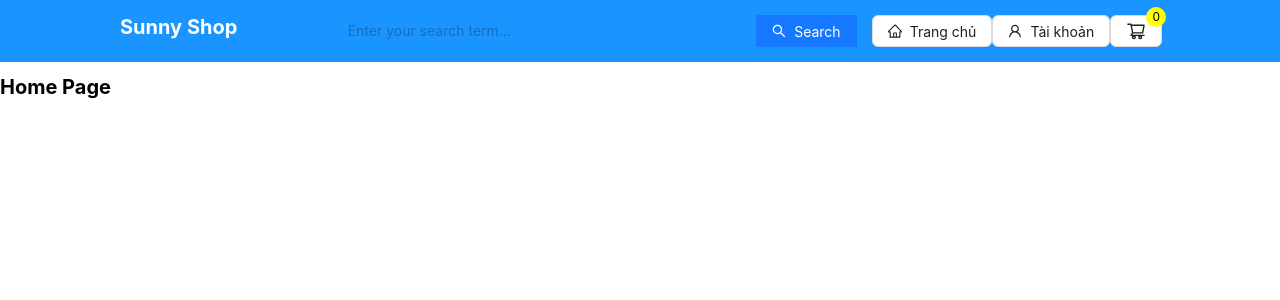
Repository: manhhieu120499/E-Commerce
Page: /
These files come from the project's save history. The page is drawn as it stood at one moment and after the next save; the edit follows.
The browser window is 1280 px wide. The pictures show the whole page.
The project was rebuilt for these pictures with package versions that can differ from the ones it lists, and the page was loaded fresh each time. Also part of the build but not shown: src/pages/product/Product.js, src/pages/order/Order.js, src/pages/notFound/NotFound.js, src/layouts/NormalLayout/NormalLayout.js.

Above is the page before, as saved 2025-01-01 12:38:38.

After the next save:
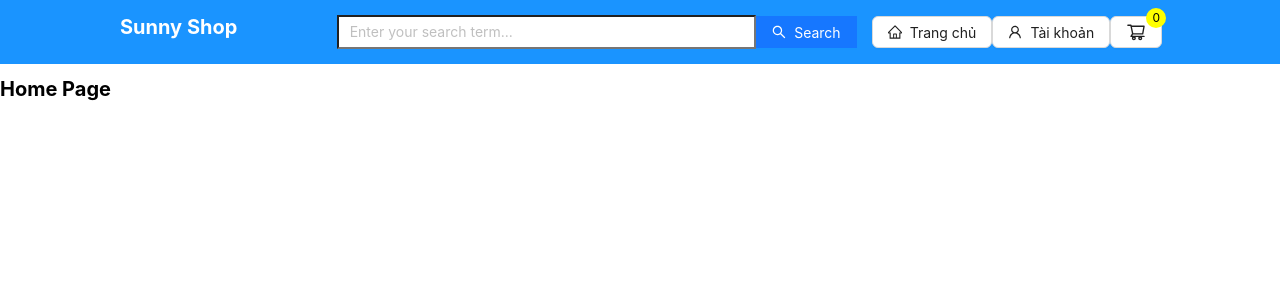
Saved 12 s later.
--- a/src/components/ButtonInputSearch/ButtonInputSearch.js
+++ b/src/components/ButtonInputSearch/ButtonInputSearch.js
@@ -15,7 +15,7 @@
         placeholder={placeholder}
         style={{ borderRadius: 0 }}
         onChange={onChange}
-        bordered={false}
+        variant={false}
         styles={{ backgroundColor: "#fff" }}
       />
       <Button

After the 2 saves that followed:
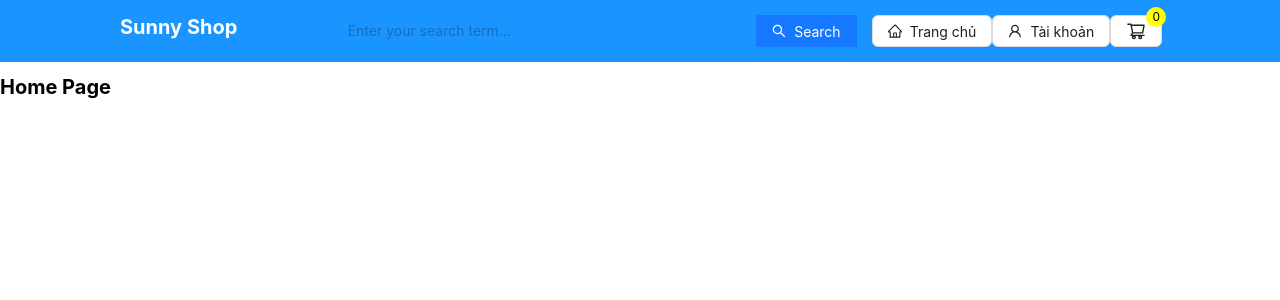
The 2 saves are shown as one change because 1 left the picture as it was.
The last was saved 69 s later.
--- a/src/components/ButtonInputSearch/ButtonInputSearch.js
+++ b/src/components/ButtonInputSearch/ButtonInputSearch.js
@@ -15,8 +15,8 @@
         placeholder={placeholder}
         style={{ borderRadius: 0 }}
         onChange={onChange}
-        variant={false}
-        styles={{ backgroundColor: "#fff" }}
+        variant={"borderless"}
+        styles={{ backgroundColor: "#fff", border: "none" }}
       />
       <Button
         size={size}
